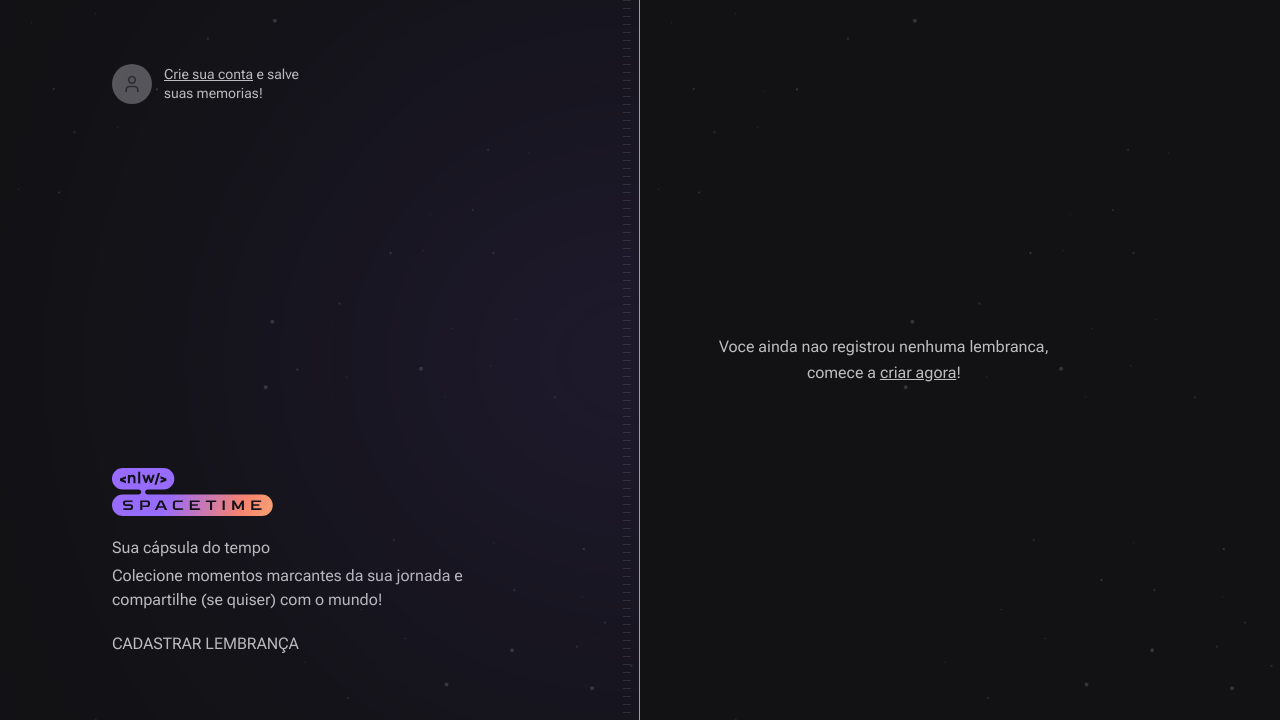
Repository: viniimartins/NLWSpacetime
Page: /
These files come from the project's save history. The page is drawn as it stood at one moment and after a run of saves; the edit follows.
The browser window is 1280 px wide. The pictures show the whole page.
Some web fonts or font styles are not loaded; a fallback is used. The project was rebuilt for these pictures with package versions that can differ from the ones it lists, and the page was loaded fresh each time. The framework's server and built-in components were replaced by stand-ins that run in the browser. Also part of the build but not shown: next.config.js.

Above is the page before, as saved 2023-05-28 19:47:42.

### src/app/layout.tsx
import React from "react";
import "./globals.css";
import {
  Roboto_Flex as Roboto,
  Bai_Jamjuree as BaiJamjuree,
} from "next/font/google";

const roboto = Roboto({ subsets: ["latin"], variable: "--font-roboto" });
const baiJamjuree = BaiJamjuree({
  subsets: ["latin"],
  weight: "700",
  variable: "--font-bai-Jamjuree",
});

export const metadata = {
  title: "NLW Spacetime",
  description:
    "Uma cápsula do tempo contruido com REact, Next.js, TailwindCSS e TypeScript",
};

export default function RootLayout({
  children,
}: {
  children: React.ReactNode;
}) {
  return (
    <html lang="en">
      <body
        className={`${roboto.variable}  ${baiJamjuree.variable} bg-gray-900 font-sans text-gray-100`}
      >
        {children}
      </body>
    </html>
  );
}

### src/app/page.tsx
import { User } from "lucide-react";
import Image from "next/image";
import nlwLogo from "../assets/nlw-spacetime-logo.svg";

export default function Home() {
  return (
    <main className="grid min-h-screen grid-cols-2">
      {/* Left*/}
      <div className=" border-white/10 bg-cover relative flex flex-col items-start justify-between overflow-hidden border-r bg-[url(../assets/bg-stars.svg)] px-28 py-16">
        {/* Blur*/}
        <div className="absolute right-0 top-1/2 h-[288px] w-[526px] -translate-y-1/2 translate-x-1/2 rounded-full bg-purple-700 opacity-50 blur-full" />

        {/* Stripes*/}
        <div className="absolute bottom-0 right-2 top-0 w-2 bg-stripes" />

        {/* Sign In*/}

        <a
          href=""
          className="flex items-center gap-3 text-left transition-colors hover:text-gray-50"
        >
          <div className="flex h-10 w-10 items-center justify-center rounded-full bg-gray-400">
            <User className="h-5 w-5 text-gray-500" />
          </div>

          <p className="max-w-[140px] text-sm leading-snug">
            <span className="underline">Crie sua conta</span> e salve suas
            memorias!
          </p>
        </a>

        {/* Hero */}

        <div className="space-y-5">
          <Image src={nlwLogo} alt="NLW Spacetime" />

          <div className="max-w-[420px] space-y-1">
            <h1>Sua cápsula do tempo</h1>
            <p>
              Colecione momentos marcantes da sua jornada e compartilhe (se
              quiser) com o mundo!
            </p>
          </div>

          <a className="inline-block" href="">
            CADASTRAR LEMBRANÇA
          </a>
        </div>
      </div>

      {/* Right*/}
      <div className="bg-cover bg-cover flex flex-col bg-[url(../assets/bg-stars.svg)] p-16">
        <div className="justift-center flex flex-1 items-center">
          <p className="w-[360px] text-center leading-relaxed">
            Voce ainda nao registrou nenhuma lembranca, comece a{" "}
            <a href="" className="underline hover:text-gray-50">
              criar agora
            </a>
            !
          </p>
        </div>
      </div>
    </main>
  );
}

### tailwind.config.js
/** @type {import('tailwindcss').Config} */
module.exports = {
  content: [
    './src/pages/**/*.{js,ts,jsx,tsx,mdx}',
    './src/components/**/*.{js,ts,jsx,tsx,mdx}',
    './src/app/**/*.{js,ts,jsx,tsx,mdx}',
  ],
  theme: {
    extend: {
      fontFamily: {
        sans: 'var(--font-roboto)',
        alt: 'var(--font-bai-jamjuree)'
      }
    },


    colors: {
      gray: {
        50: '#eaeaea',
        100: '#bebebf',
        200: '#9e9ea0',
        300: '#727275',
        400: '#56565a',
        500: '#2c2c31',
        600: '#28282d',
        700: '#1f1f23',
        800: '#18181b',
        900: '#121215',
      },
      purple: {
        50: '#f3eefc',
        100: '#d8cbf7',
        200: '#c6b2f3',
        300: '#ab8eee',
        400: '#9b79ea',
        500: '#8257e5',
        600: '#764fd0',
        700: '#5c3ea3',
        800: '#48307e',
        900: '#372560',
      },
      green: {
        50: '#e6fbef',
        100: '#b1f1ce',
        200: '#8cebb6',
        300: '#57e295',
        400: '#36dc81',
        500: '#04d361',
        600: '#04c058',
        700: '#039645',
        800: '#027435',
        900: '#025929',
      },
    },


    backgroundImage: {
      stripes: 'linear-gradient(to bottom, rgba(255, 255, 255, 0.1), rgba(255, 255, 255, 0.1) 12.5%, transparent 12.5%, transparent)',
    },

    backgroundSize: {
      stripes: '100% 8px',
    },

    blur: {
      full: '194px'
    }
  },
  plugins: [],
}

Loaded but not shown: src/app/globals.css (common file)

After the next 7 saves:
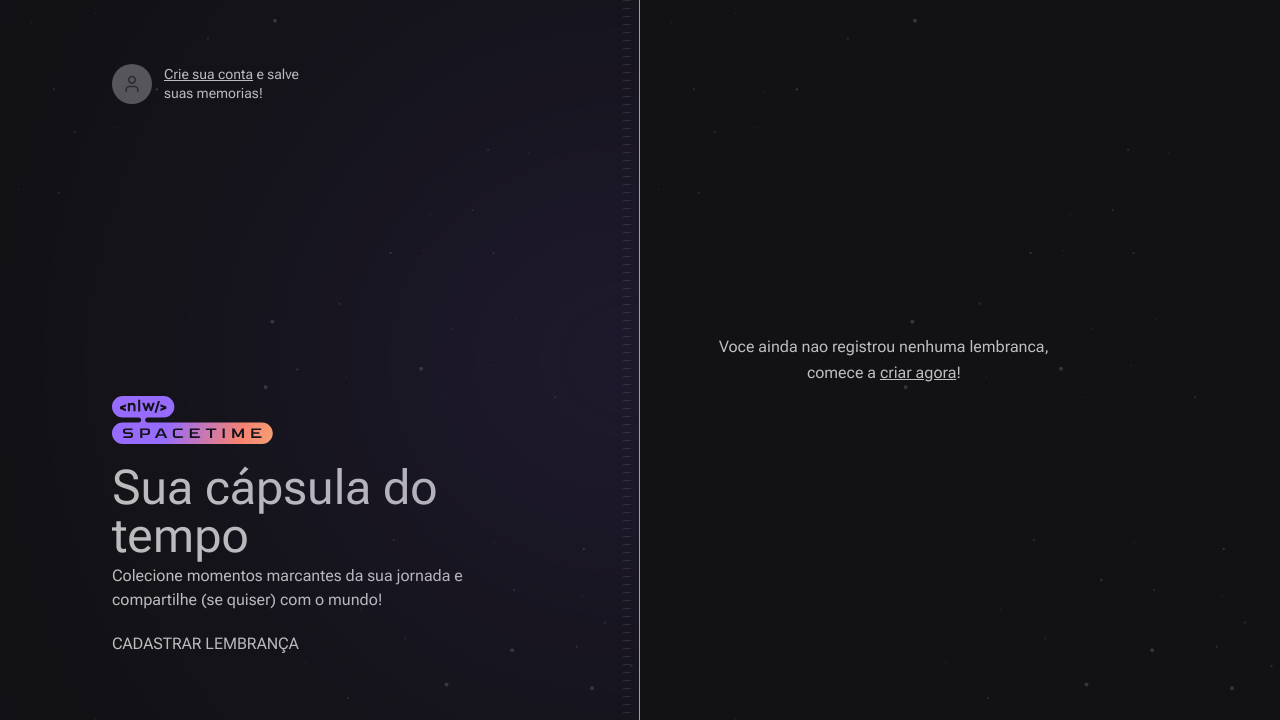
The 7 saves are shown as one change because they came seconds apart.
The last was saved 18 s later.
--- a/src/app/page.tsx
+++ b/src/app/page.tsx
@@ -35,7 +35,7 @@ export default function Home() {
           <Image src={nlwLogo} alt="NLW Spacetime" />
 
           <div className="max-w-[420px] space-y-1">
-            <h1>Sua cápsula do tempo</h1>
+            <h1 className="mt-5 text-5xl font-b">Sua cápsula do tempo</h1>
             <p>
               Colecione momentos marcantes da sua jornada e compartilhe (se
               quiser) com o mundo!
